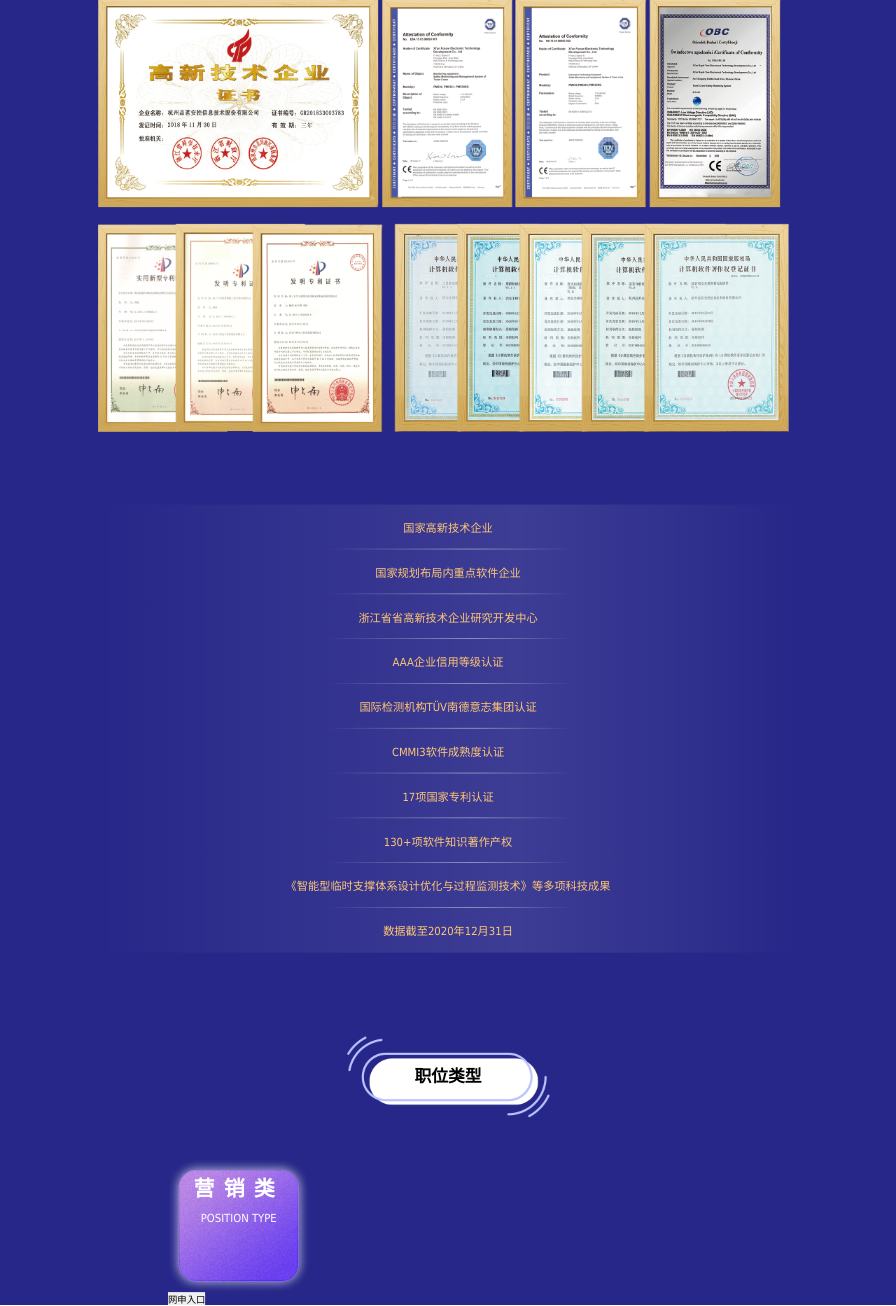
Repository: wxamlzm/campus-pm
Page: views/index.html
These files come from the project's save history. The page is drawn as it stood at one moment and after the next save; the edit follows.
The browser window is 1280 px wide. The pictures show the part of the page from y = 2047 to 3967 px (the page is 3912 px tall before and 3967 px after), at 70% of full size.

Above is the page before, as saved 2021-07-26 22:18:57.

### views/index.html
<!DOCTYPE html>
<html>
    <head>
        <meta charset="utf-8">
        <title>练习-品茗股份校招首页</title>
        <link rel="stylesheet" href="./css/cssReset.css">
        <link rel="stylesheet" href="./css/index.css">
    </head>
    <body>
        <!-- 页头部分 无需设计版心-->
        <header>
            <nav>
                <img src="./img/logo.png" alt="">
                <ul>
                    <li><a href="#">了解品茗</a></li>
                    <li><a href="#">校招职位</a></li>
                    <li><a href="#">校招流程</a></li>
                    <li><a href="#">快问快答</a></li>
                </ul>
            </nav>
            <div class="banner-title"><img src="./img//banner_title.png" alt=""></div>
            <div class="banner"><img src="./img/bg_banner.jpg" alt=""></div>
        </header>
        <main>
            <!-- 内容部分，需要设置版心 -->
            <div class="center">
                <!-- 了解品茗 -->
                <section class="pm-cometo">
                    <h1>了解品茗</h1>
                    <p>品茗股份，深耕工程建设信息化领域，是数字建造技术和产品提供商，国家高新技术企业和国家规划布局内重点软件企业，业务涵盖工程造价、施工软件、BIM软件、智慧工地、高等院校、行业监管、基础设施等。公司员工1000余人，研发和技术人员占比超50%，在杭州国家级软件产业研发基地及西安高新技术园区分别设有研发中心。</p>
                    <p>以科技提升建筑生产效率为目标，公司综合运用BIM、大数据、云计算、IoT、移动技术、VR/AR/MR、人工智能等新一代信息技术，结合行业积累和专业沉淀，为建筑行业提供专业的产品和解决方案，用数字化、智能化提高工程进度、质量安全、绿色施工和成本控制等方面的管理水平。参与了北京国家雪车雪橇中心、杭州萧山国际机场三期项目、2022年亚运会运动员村、深圳国际会展中心、北京大兴国际机场、卡塔尔世界杯主会场等大型项目建设，与中建股份、中国铁建、中国中铁、中国中冶、中国交建、中国水电、北京建工等各地建工集团，恒大、绿城、保利等单位保持良好合作关系。</p>
                    <p>公司持续打造“专业的品茗，技术的品茗”，拥有140多项具有核心技术的专利权及软件著作权，在BIM算法引擎技术、AI分析调度引擎、塔机安全辅助技术、数字建造中台体系关键核心技术上均取得突破，构建产品核心竞争力；取得《智能型临时支撑体系设计优化与过程监测技术》等多项科技成果；获得国际检测机构TÜV南德意志集团认证、CMMI3软件成熟度认证；主编、参编《施工升降机安全使用规程》、《智慧工地技术规程》、《塔式起重机防碰撞装置》等10多项国家、行业、地方和团体标准。</p>
                    <p>品茗股份坚持以科技赋能建筑业，持续推动建筑行业进步，在促进20多万亿体量的建筑产业升级过程中，努力成为推动建筑行业数字化转型升级的主力军！</p>
                </section>
                <!-- 品茗荣誉 -->
                <section class="pm-honor">
                    <h1>资质荣誉</h1>
                    <div>
                        <img src="./img/zz/img_zz_1.png" alt="">
                        <img src="./img/zz/img_zz_2.png" alt="">
                        <img src="./img/zz/img_zz_3.png" alt="">
                        <img src="./img/zz/img_zz_4.png" alt="">
                    </div>
                    <div class="clearfix">
                        <img src="./img/zz/img_zz_5.png" alt="">
                        <img src="./img/zz/img_zz_6.png" alt="">
                        <img src="./img/zz/img_zz_7.png" alt="">
                    </div>
                    <div class="clearfix">
                        <img src="./img/zz/img_zz_8.png" alt="">
                        <img src="./img/zz/img_zz_9.png" alt="">
                        <img src="./img/zz/img_zz_10.png" alt="">
                        <img src="./img/zz/img_zz_11.png" alt="">
                        <img src="./img/zz/img_zz_12.png" alt="">
                    </div>
                    <div>
                        <div>国家高新技术企业</div>
                        <div>国家规划布局内重点软件企业</div>
                        <div>浙江省省高新技术企业研究开发中心</div>
                        <div>AAA企业信用等级认证</div>
                        <div>国际检测机构TÜV南德意志集团认证</div>
                        <div>CMMI3软件成熟度认证</div>
                        <div>17项国家专利认证</div>
                        <div>130+项软件知识著作产权</div>
                        <div>《智能型临时支撑体系设计优化与过程监测技术》等多项科技成果</div>
                        <div>数据截至2020年12月31日</div>
                    </div>
                </section>
                <!-- 职位类型 -->
                <section class="pm-job">
                    <h1>职位类型</h1>
                    <div class="job-panel">
                        <div>
                            <div class="job-type-box">
                                <div>营销类</div>
                                <div>POSITION TYPE</div>
                            </div>
                        </div>
                        <div><button>网申入口</button></div>
                    </div>
                </section>
                <section class="pm-process"></section>
                <section class="pm-ask"></section>
            </div>
        </main>
    </body>
</html>

### views/css/cssReset.css
* {
    margin: 0;
    padding: 0;
}
ul, ol {
    list-style: none;
}
input,button {
    outline: none;
    border: none;
}
a {
    text-decoration: none;
}
.center {
    width: 1000px;
    margin: 0 auto;
}
.clearfix::after{
    content: "";
    display: block;
    clear:both;
}
html {
    font-family:Tahoma,Arial,"Helvetica Neue","Hiragino Sans GB",Simsun,sans-self;
    font-size: 16px;
  }

### views/css/index.css
/* header部分 */
header {
    position: relative;
}
header nav {
    position: absolute;
    width: 100%;
}
header nav img{
    display: block;
    float: left;
    margin-top: 18px;
}
header nav ul {
    float: right;
}
header nav ul li {
    float: left;
    width: 150px;
}
header nav ul li img {
    display: block;
    margin-top: 20px;
}
header nav ul li a {
    color: #FFF;
    height: 80px;
    line-height: 80px;
}
header .banner > img {
    display: block;
    width: 100%;
}
header .banner-title {
    position: absolute;
    top: 80px;
    left: 120px;
}
header .banner-title > img {
    display: block;
}
/* learn 品茗 */
main  {
    background-color: #272789;
}
main .pm-cometo {
    background-image: url(../img/bg_learn.png);
    background-repeat: no-repeat;
    background-size: contain;
    overflow: hidden;
}
main section h1{
    width: 289px;
    line-height: 115px;
    background-image: url(../img/icon/bg_title.png);

    text-align: center;
    margin:120px  auto 60px;
}
main .pm-cometo p {
    color: #FFF;
    text-indent: 2em;
    line-height: 2em;
    margin: 2em 0;
}
/* 资质荣誉部分 */
main .pm-honor > div:nth-child(2) {
    margin-bottom: 20px;
}
main .pm-honor > div:nth-child(3) {
    /* background-color: #000; */
    float: left;
}
main .pm-honor > div:nth-child(3) img:not(:first-child){
    margin-left: -14%;
}
main .pm-honor > div:nth-child(4) img{
    float: left;
    margin-left: -12%;
}
main .pm-honor > div:nth-child(4) img:first-child {
    margin-left: -14%;
}
main .pm-honor > div:last-child {
    text-align: center;
    color: #ffc774;
    overflow: hidden;
    margin-top: 100px;
    background-image: linear-gradient(to right, rgba(255, 255, 255, 0) 0%, rgba(255, 255, 255, 0.1) 60%, rgba(255, 255, 255, 0) 100%);
}
main .pm-honor > div:last-child > div {
    padding: 20px 0;
    position:relative;
}
main .pm-honor > div:last-child > div:not(:last-child)::before {
    position: absolute;
    left: 50%;
    bottom: 0;
    transform: translateX(-50%);
    content: "";
    clear: both;
    display: block;
    width: 352px;
    height: 1px;
    background-image: linear-gradient(to right, rgba(255, 255, 255, 0) 0%, rgba(255, 255, 255, 0.6) 60%, rgba(255, 255, 255, 0) 100%);
}
/* 职位类型 */
main .pm-job .job-box > div:first-child {
    background-image: linear-gradient(to right, rgba(255, 255, 255, 0) 0%, rgba(255, 255, 255, 0.1) 60%, rgba(255, 255, 255, 0) 100%);
}
main .job-panel > div {
    width: 80%;
    margin: 0 auto;
    display: flex;
}
main .job-type-box {
    color: #FFF;
    width: 202px;
    height: 190px;
    border-radius: 10px;
    background-image: url(../img/bg_styleItem.png);
    background-size: contain;
}
main .job-type-box > div {
    text-align: center;
}
main .job-type-box > div:first-child {
    position: relative;
    font-size: 30px;
    font-weight: bold;
    padding-bottom: 14px;
    margin-top: 17px;
    letter-spacing: 13px;
}

After the next save:
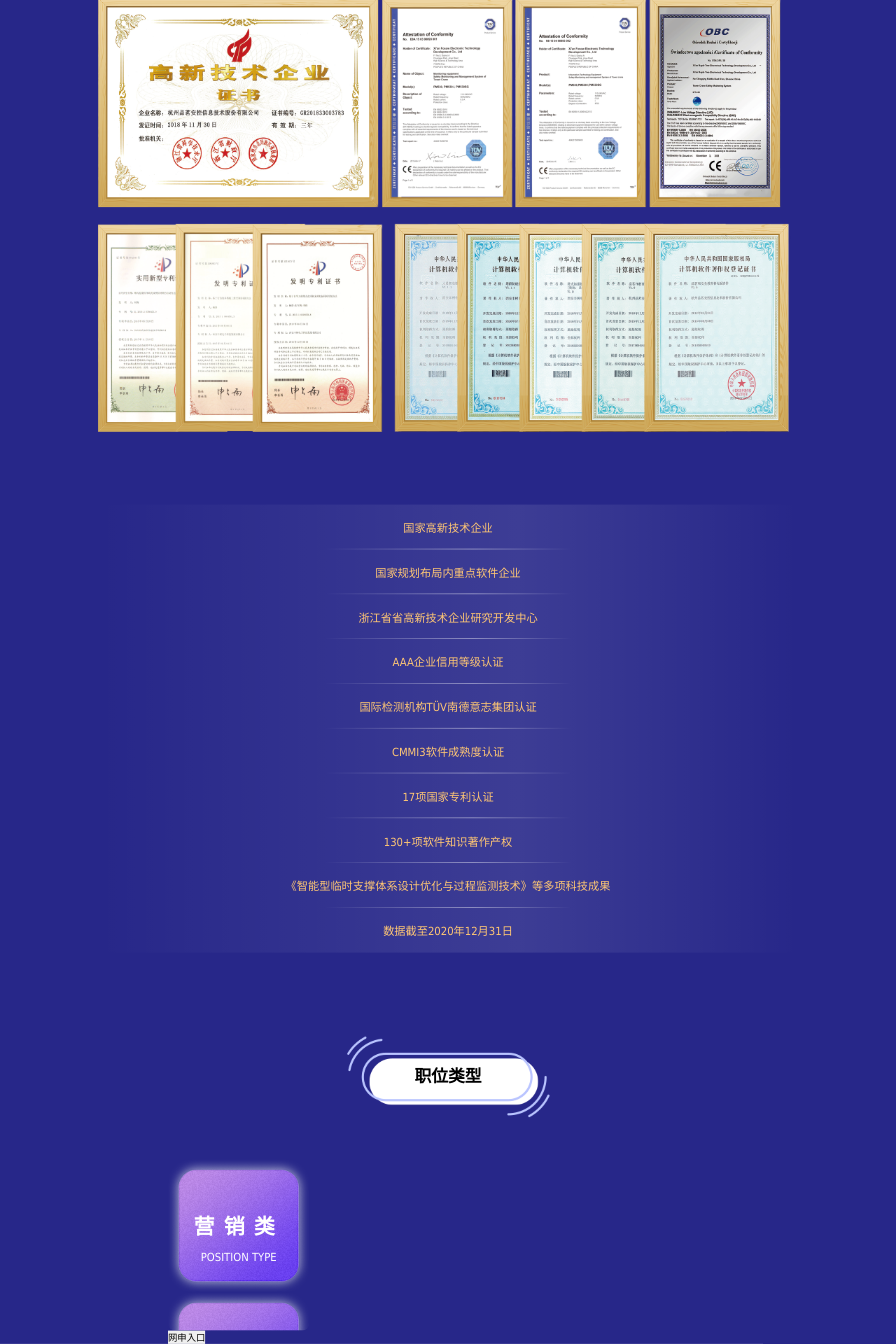
Saved 3 days later.
--- a/views/css/index.css
+++ b/views/css/index.css
@@ -117,6 +117,7 @@
     color: #FFF;
     width: 202px;
     height: 190px;
+    padding-top: 55px;
     border-radius: 10px;
     background-image: url(../img/bg_styleItem.png);
     background-size: contain;
